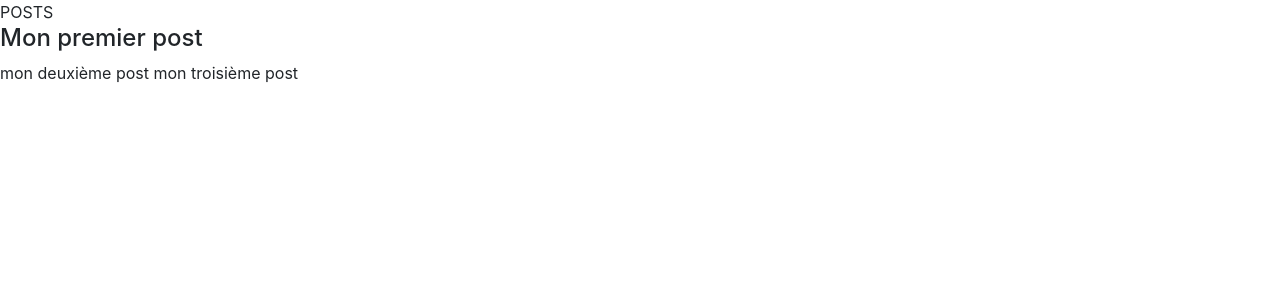
Repository: BillThePony/Ng-Blog-OC
Page: /
An editor plug-in stored every save of this project. The page is shown before and after a run of saves, followed by the edit.
The browser window is 1280 px wide. The pictures show the whole page.
The project was rebuilt for these pictures with package versions that can differ from the ones it lists, and the page was loaded fresh each time. Also part of the build but not shown: angular.json, src/app/post-list-item/post-list-item.component.ts.

Above is the page before, as saved 2018-10-08 15:13:40.

After the next 7 saves:
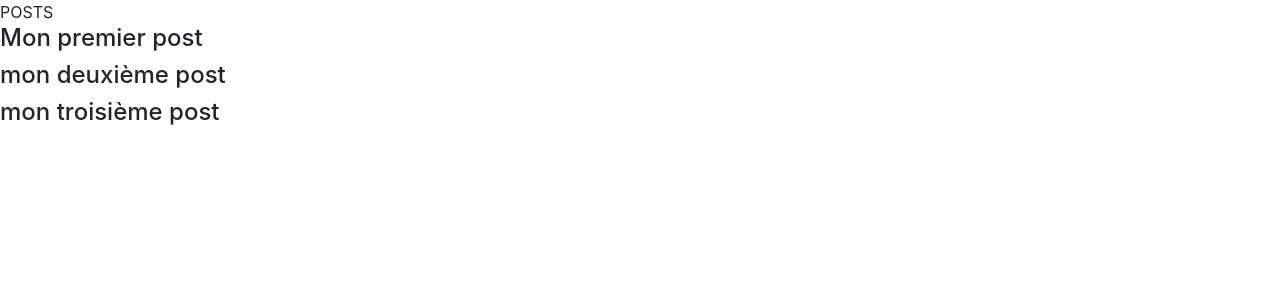
The 7 saves are shown as one change because they came seconds apart.
The last was saved 24 s later.
--- a/src/app/post-list/post-list.component.html
+++ b/src/app/post-list/post-list.component.html
@@ -2,8 +2,8 @@
   <div>
     <h4>{{post1}}</h4>
 
-    {{post2}}
+    <h4>{{post2}}</h4>
 
-    {{post3}}
+    <h4>{{post3}}</h4>
   </div>
 </li>
